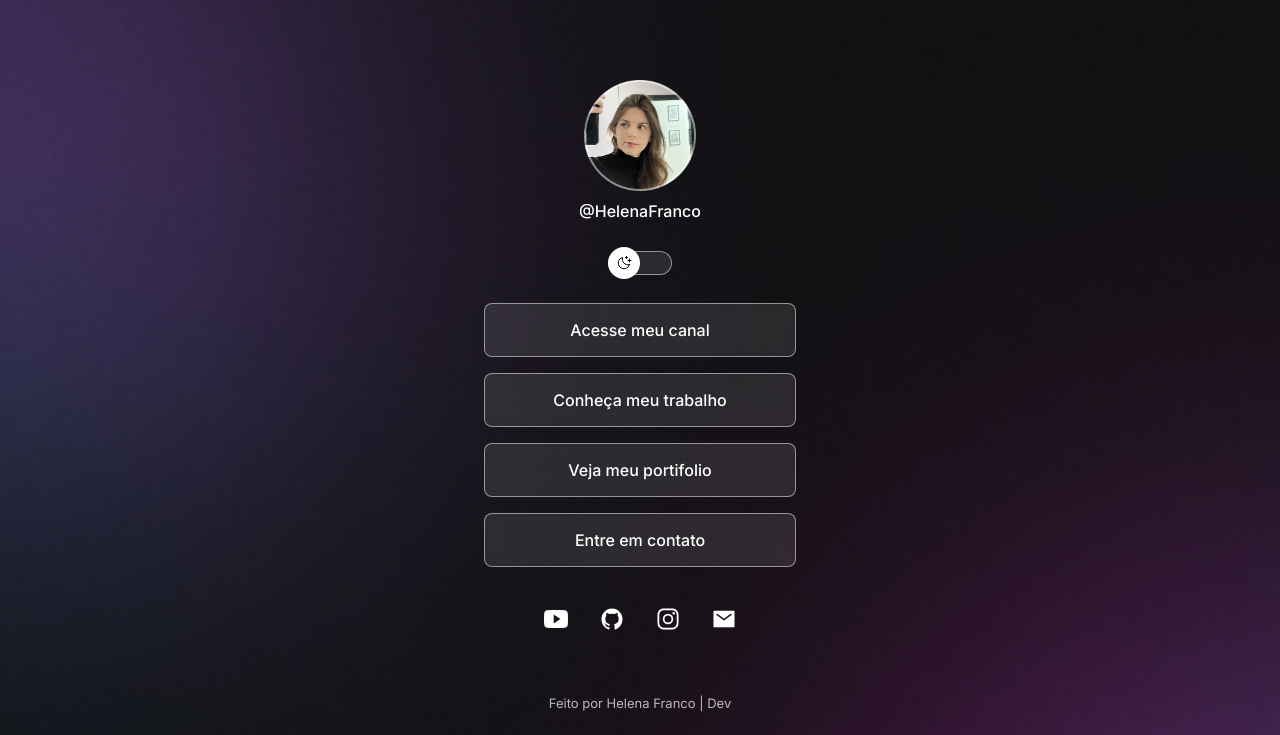
Repository: Fr4nc021/Pagina-de-links-
Page: index.html
An editor plug-in stored every save of this project. The page is shown before and after the next save, followed by the edit.
The browser window is 1280 px wide. The pictures show the whole page.
After loading, the first visible `#switch` was clicked once.

Above is the page before, as saved 2025-02-17 21:44:45.

After the next save:
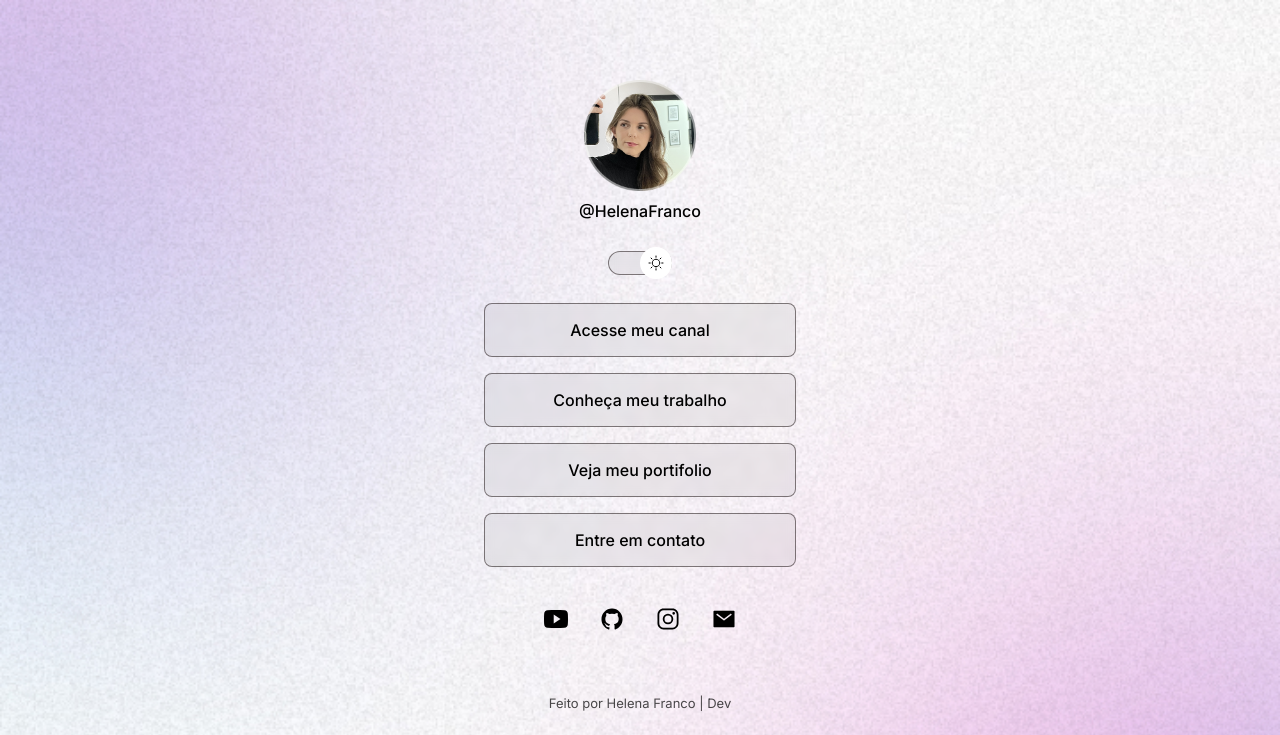
Console error: ReferenceError: html is not defined
Saved 2 min 56 s later.
--- a/script.js
+++ b/script.js
@@ -1,9 +1,10 @@
 function toggleMode() {
-    const html = document.documentElement
 
-    if (html.classList.contains('light')) {
-        html.classList.remove('light');
-} else {
-    html.classList.add('light');
+    //const html = document.documentElement
+   //if (html.classList.contains('light')) {
+        //html.classList.remove('light');
+//} else {
+    //html.classList.add('light');}
+
+    html.classList.toggle('light');
 }
-}

After the save that followed:
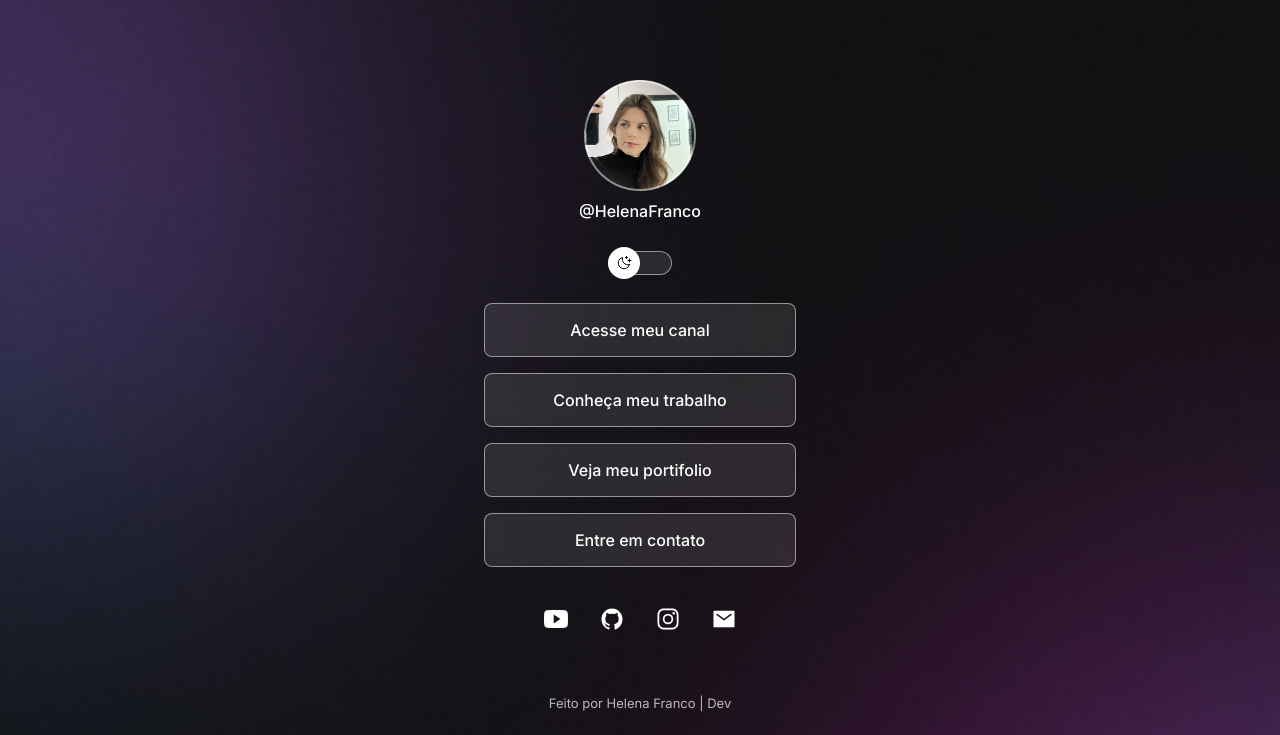
The error is gone.
Saved 17 s later.
--- a/script.js
+++ b/script.js
@@ -1,6 +1,6 @@
 function toggleMode() {
+    const html = document.documentElement
 
-    //const html = document.documentElement
    //if (html.classList.contains('light')) {
         //html.classList.remove('light');
 //} else {
